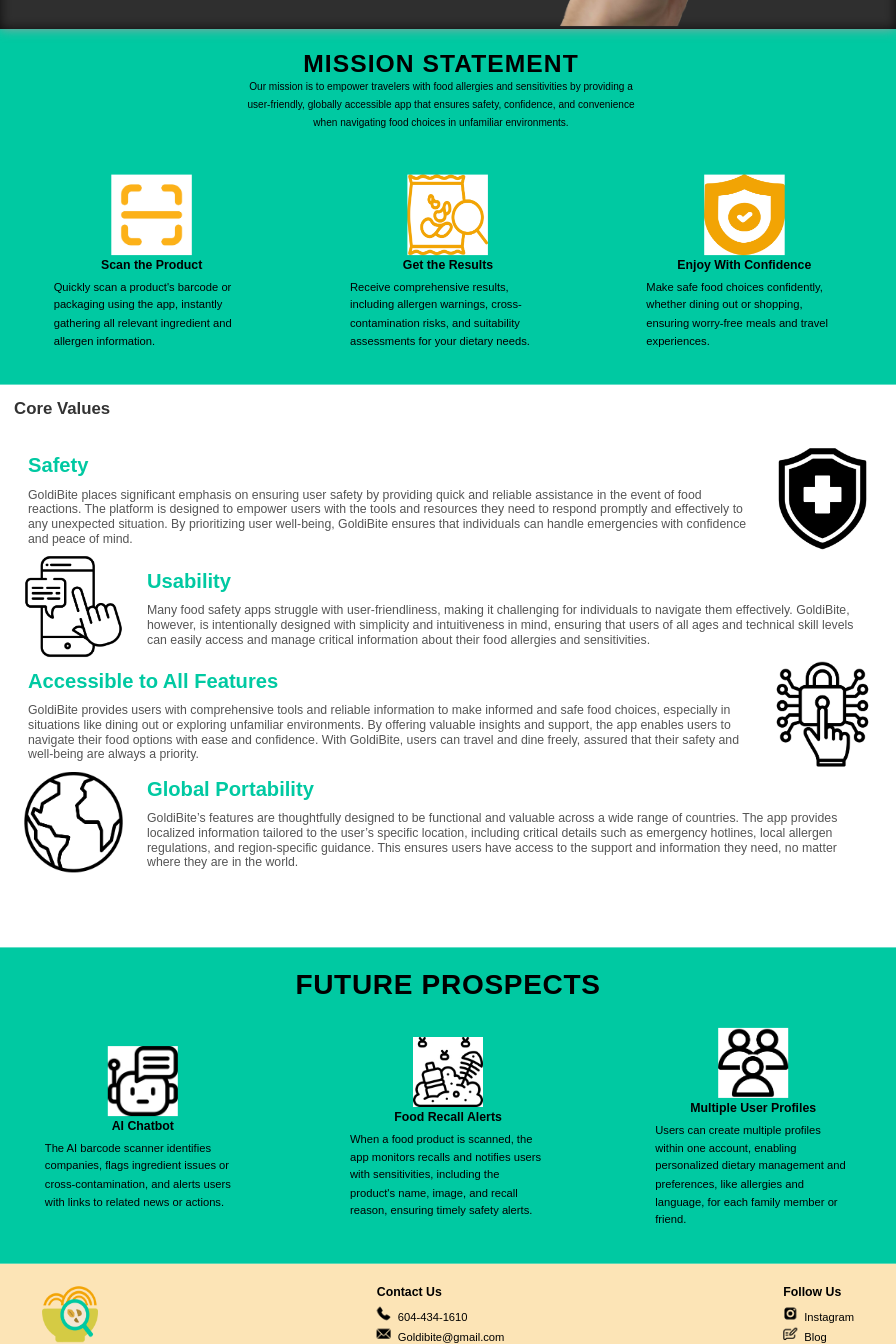
Repository: GavinPahal/landingpage
Page: /
An editor plug-in stored every save of this project. The page is shown before and after the next save, followed by the edit.
The browser window is 1280 px wide. The pictures show the part of the page from y = 678 to 2598 px (the page is 2633 px tall before and 2636 px after), at 70% of full size.
Pictures or frames that could not be fetched are drawn as grey boxes. The project was rebuilt for these pictures with package versions that can differ from the ones it lists, and the page was loaded fresh each time. The framework's server and built-in components were replaced by stand-ins that run in the browser. Also part of the build but not shown: next.config.mjs.

Above is the page before, as saved 2024-11-30 21:01:43.

After the next save:
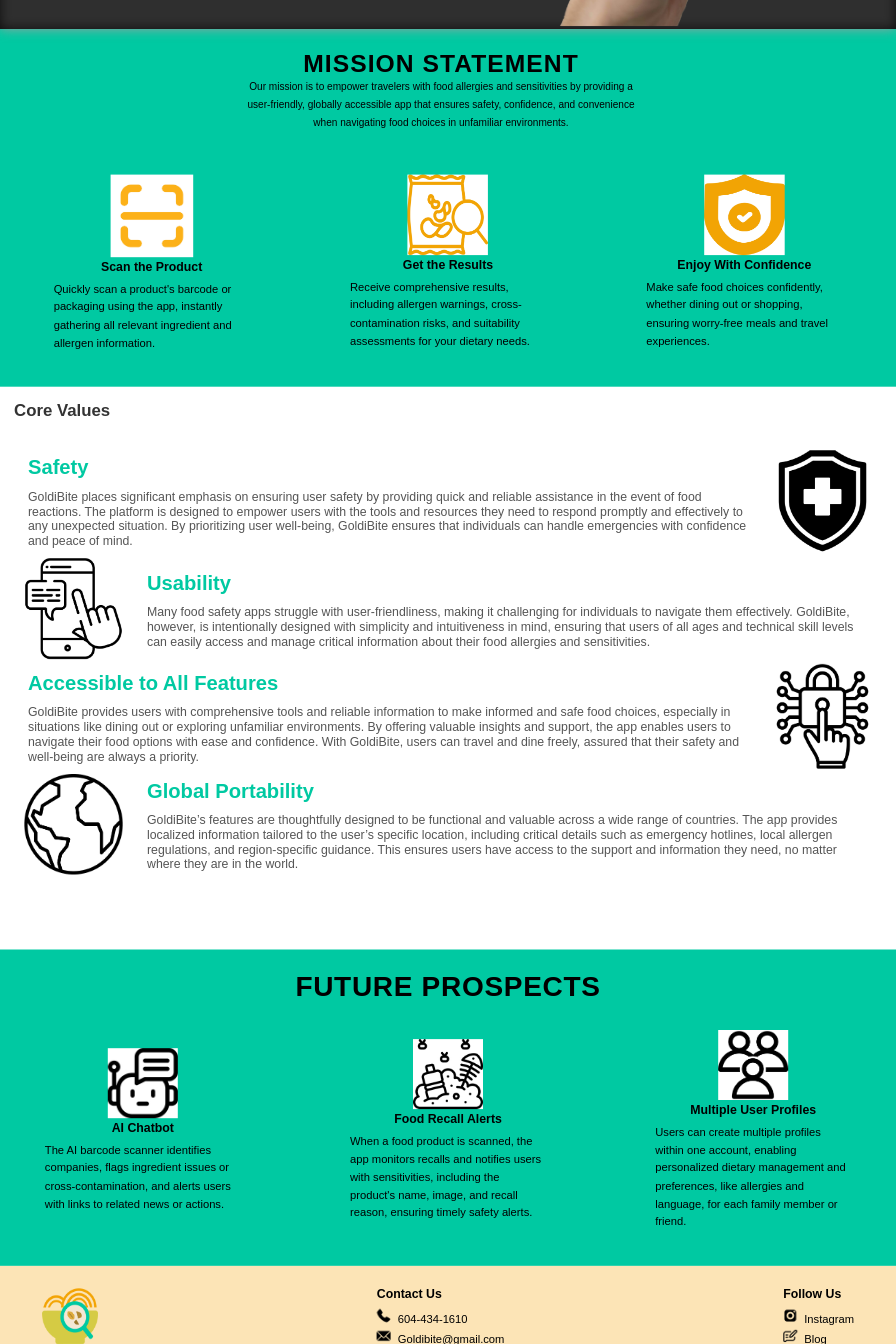
Saved 12 s later.
--- a/components/Features.js
+++ b/components/Features.js
@@ -19,8 +19,8 @@
             <Image
               src="/images/iconamoon_scanner (1).jpg"
               alt="Feature 1"
-              width={115}
-              height={115}
+              width={118}
+              height={118}
             />
           </div>
           <h3>Scan the Product</h3>
